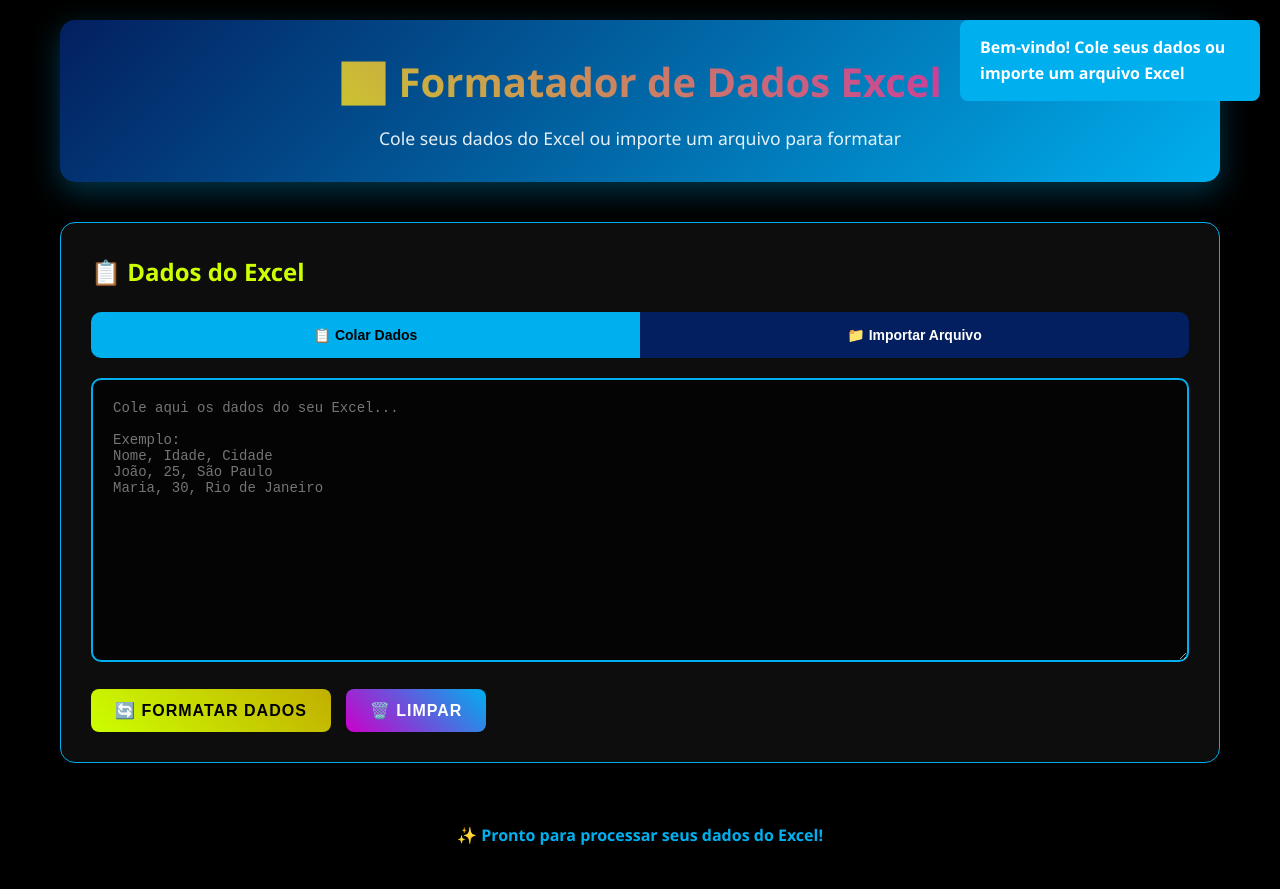
Repository: MichelAlmeida1990/Filtragem-de-Leads
Page: public/index.html
The author's editor kept a copy of each file at every save. The page is drawn from the files as they stood at one save, then again after the next save.
The browser window is 1280 px wide. The pictures show the whole page.

Above is the page before, as saved 2025-08-25 22:06:25.

After the next save:
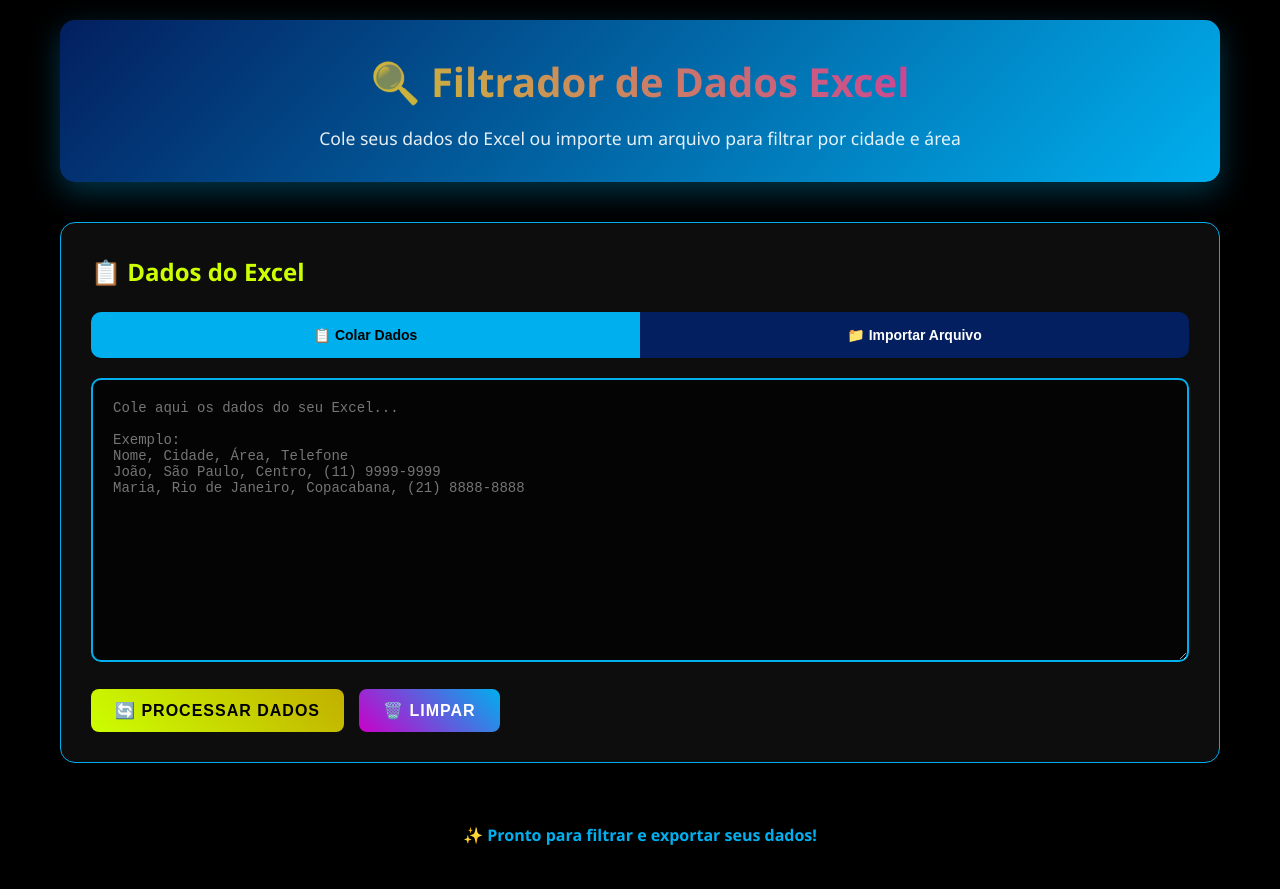
Console error: TypeError: Cannot read properties of null (reading 'addEventListener')
Saved 6 min 8 s later.
--- a/public/index.html
+++ b/public/index.html
@@ -3,14 +3,14 @@
 <head>
     <meta charset="UTF-8">
     <meta name="viewport" content="width=device-width, initial-scale=1.0">
-    <title>Formatador de Dados Excel</title>
+    <title>Filtrador de Dados Excel</title>
     <link rel="stylesheet" href="styles.css">
 </head>
 <body>
     <div class="container">
         <header>
-            <h1>📊 Formatador de Dados Excel</h1>
-            <p>Cole seus dados do Excel ou importe um arquivo para formatar</p>
+            <h1>🔍 Filtrador de Dados Excel</h1>
+            <p>Cole seus dados do Excel ou importe um arquivo para filtrar por cidade e área</p>
         </header>
 
         <main>
@@ -33,7 +33,7 @@
                 <div class="input-area" id="pasteArea">
                     <textarea
                         id="excelData"
-                        placeholder="Cole aqui os dados do seu Excel...&#10;&#10;Exemplo:&#10;Nome, Idade, Cidade&#10;João, 25, São Paulo&#10;Maria, 30, Rio de Janeiro"
+                        placeholder="Cole aqui os dados do seu Excel...&#10;&#10;Exemplo:&#10;Nome, Cidade, Área, Telefone&#10;João, São Paulo, Centro, (11) 9999-9999&#10;Maria, Rio de Janeiro, Copacabana, (21) 8888-8888"
                         rows="15"
                     ></textarea>
                 </div>
@@ -59,8 +59,8 @@
                 </div>
 
                 <div class="button-group">
-                    <button id="formatBtn" class="btn-primary">
-                        🔄 Formatar Dados
+                    <button id="processBtn" class="btn-primary">
+                        🔄 Processar Dados
                     </button>
                     <button id="clearBtn" class="btn-secondary">
                         🗑️ Limpar
@@ -68,8 +68,39 @@
                 </div>
             </div>
 
+            <!-- Seção de Filtros -->
+            <div class="filters-section" id="filtersSection" style="display: none;">
+                <h2>🎯 Filtros</h2>
+                <div class="filters-container">
+                    <div class="filter-group">
+                        <label for="cityFilter">🏙️ Cidade:</label>
+                        <select id="cityFilter" class="filter-select">
+                            <option value="">Todas as cidades</option>
+                        </select>
+                    </div>
+                    <div class="filter-group">
+                        <label for="areaFilter">📍 Área:</label>
+                        <select id="areaFilter" class="filter-select">
+                            <option value="">Todas as áreas</option>
+                        </select>
+                    </div>
+                    <div class="filter-group">
+                        <label for="searchFilter">🔍 Buscar:</label>
+                        <input type="text" id="searchFilter" class="filter-input" placeholder="Digite para buscar...">
+                    </div>
+                </div>
+                <div class="filter-actions">
+                    <button id="applyFiltersBtn" class="btn-primary">
+                        ✅ Aplicar Filtros
+                    </button>
+                    <button id="clearFiltersBtn" class="btn-secondary">
+                        🔄 Limpar Filtros
+                    </button>
+                </div>
+            </div>
+
             <div class="output-section" id="outputSection" style="display: none;">
-                <h2>✅ Dados Formatados</h2>
+                <h2>✅ Dados Filtrados</h2>
                 <div class="file-info-display" id="fileInfoDisplay" style="display: none;">
                     <div class="info-item">
                         <span class="info-label">📄 Arquivo:</span>
@@ -80,33 +111,45 @@
                         <span class="info-value" id="displaySheetName"></span>
                     </div>
                     <div class="info-item">
-                        <span class="info-label">📈 Linhas:</span>
-                        <span class="info-value" id="displayRows"></span>
+                        <span class="info-label">📈 Total de Linhas:</span>
+                        <span class="info-value" id="displayTotalRows"></span>
+                    </div>
+                    <div class="info-item">
+                        <span class="info-label">🎯 Resultados:</span>
+                        <span class="info-value" id="displayFilteredRows"></span>
                     </div>
                 </div>
                 <div class="output-container">
                     <div class="output-tabs">
-                        <button class="tab-btn active" data-tab="formatted">Formatado</button>
+                        <button class="tab-btn active" data-tab="filtered">Filtrado</button>
                         <button class="tab-btn" data-tab="original">Original</button>
                     </div>
                     <div class="tab-content">
-                        <div id="formattedContent" class="tab-pane active"></div>
+                        <div id="filteredContent" class="tab-pane active"></div>
                         <div id="originalContent" class="tab-pane"></div>
                     </div>
                 </div>
-                <button id="downloadBtn" class="btn-success">
-                    💾 Baixar Dados Formatados
-                </button>
+                <div class="export-actions">
+                    <button id="exportCsvBtn" class="btn-success">
+                        📊 Exportar CSV
+                    </button>
+                    <button id="exportExcelBtn" class="btn-success">
+                        📈 Exportar Excel
+                    </button>
+                    <button id="copyToClipboardBtn" class="btn-secondary">
+                        📋 Copiar para Área de Transferência
+                    </button>
+                </div>
             </div>
 
             <div class="loading" id="loading" style="display: none;">
                 <div class="spinner"></div>
-                <p>Formatando seus dados...</p>
+                <p>Processando seus dados...</p>
             </div>
         </main>
 
         <footer>
-            <p>✨ Pronto para processar seus dados do Excel!</p>
+            <p>✨ Pronto para filtrar e exportar seus dados!</p>
         </footer>
     </div>
 
